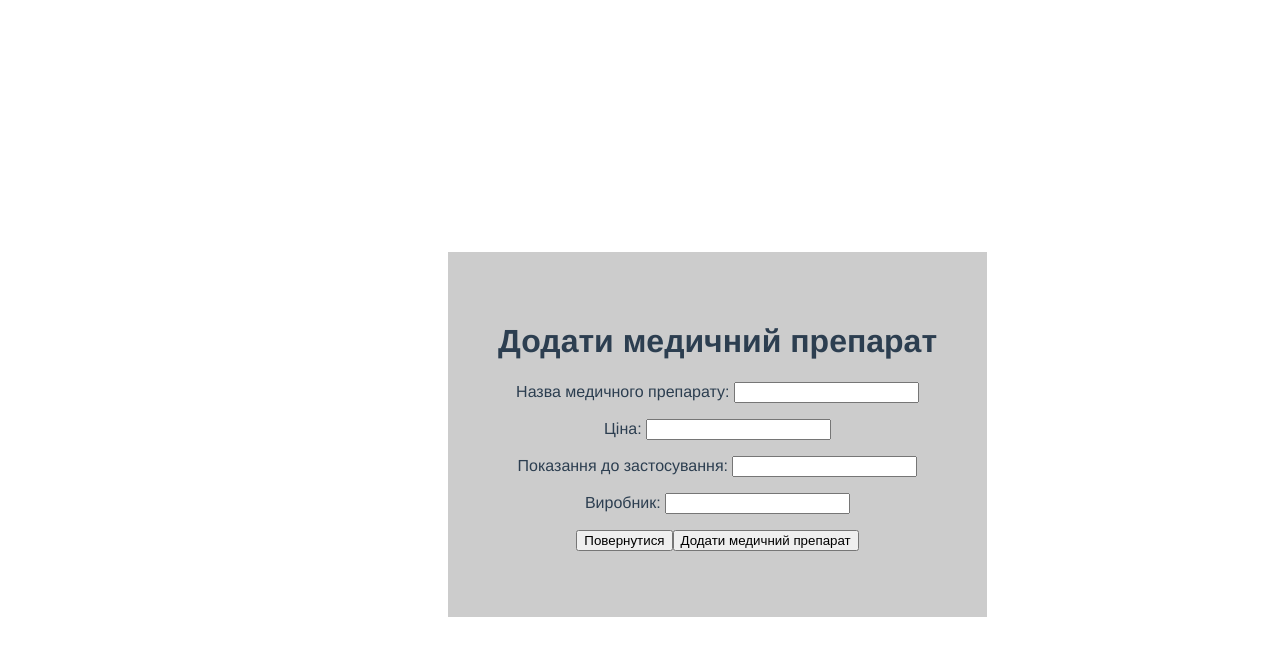
Repository: kristinap8/pharmacy
Page: /add_medicine
An editor plug-in stored every save of this project. The page is shown before and after the next save, followed by the edit.
The browser window is 1280 px wide. The pictures show the whole page.
The project was rebuilt for these pictures with package versions that can differ from the ones it lists, and the page was loaded fresh each time. Also part of the build but not shown: src/components/EditMedicineForm/index.vue, src/pages/EditMedicine/index.vue, src/components/MedicinesList/MedicineCard/index.vue, src/components/MedicinesList/index.vue, src/pages/AllMedicines/index.vue, src/components/CartForm/index.vue, src/pages/Cart/index.vue.

Above is the page before, as saved 2020-12-09 23:42:47.

### src/main.js
import Vue from 'vue'
import App from './App.vue'
import router from "./router"
import store from "./store"

Vue.config.productionTip = false

new Vue({
  store,
  router,
  render: h => h(App),
}).$mount('#app')

### src/App.vue
<template>
  <div id="app">
    <router-view/>
  </div>
</template>

<script>
export default {
  name: "App",
  components: {},
};
</script>

<style>
#app {
  font-family: Avenir, Helvetica, Arial, sans-serif;
  -webkit-font-smoothing: antialiased;
  -moz-osx-font-smoothing: grayscale;
  color: #2c3e50;
}
</style>

### src/router.js
import Vue from "vue";
import VueRouter from "vue-router";
import AddMedicine from "@/pages/AddMedicine";
import EditMedicine from "@/pages/EditMedicine";
import AllMedicines from "@/pages/AllMedicines";
import Cart from "@/pages/Cart";

Vue.use(VueRouter);

const routes=[
    {
        path:'/',
        name:'all-medicines',
        component:AllMedicines
    },
    {
        path:'/edit_medicine/:medicine_id',
        name:'edit-medicine',
        component:EditMedicine
    },
    {
        path:'/add_medicine',
        name:'add-medicine',
        component:AddMedicine
    },
    {
        path:'/cart',
        name:'cart',
        component:Cart
    },

]

const router=new VueRouter({
    mode:"history",
    routes
});

export default router;

### src/store/index.js
import Vue from "vue";
import Vuex from "vuex";
import { v4 as uuid_v4 } from 'uuid'

Vue.use(Vuex)
const store=new Vuex.Store({
    state:{
      medicinesList:[
          {
              id:1,
              name:'Но-шпа',
              price:60.48,
              requirements:"Спазми гладкої мускулатури, пов'язані з захворюваннями біліарного тракту: холецистолітіаз, холангіолітіаз, холецистит, перихолецистит, холангіт, папіліт. Спазми гладкої мускулатури при захворюваннях сечового тракту: нефролітіаз, уретролітіаз, пієліт, цистит, тенезми сечового міхура.",
              maker:"Chinoin (Угорщина)"

          },
          {
            id:2,
            name:"Діазолін",
            price:19.19,
            requirements:"Профілактика і лікування сезонного та алергічного риніту, полінозу, кропив'янки, харчової та медикаментозної алергії, дерматозів, що супроводжуються свербежем шкіри (екзема, нейродерміт).",
            maker:"Фармак ОАО (Україна, Київ)"

        },
        {
            id:3,
            name:"Амоксил",
            price:81.77,
            requirements:"Інфекції органів дихання, сечостатевої системи, травного тракту (у тому числі у комбінації з метронідазолом або кларитроміцином застосовують для лікування захворювань, асоційованих із Helicobacter pylori), шкіри та м’яких тканин, спричинені чутливими до лікарського засобу мікроорганізмами.",
            maker:"Киевмедпрепарат ОАО (Україна, Київ)"

        }
      ],
      cart:[],
      cartItemsCount:0
    },
    mutations:{
        addMedicine(state, data) {
            state.medicinesList.push({
             id: uuid_v4(),
             ...data,
           })
         },
         deleteMedicine(state,id){
             let medicines=state.medicinesList.filter(medicine=>medicine.id!=id)
             state.medicinesList=medicines;
         },
         editMedicine(state,medicine){
             state.medicinesList.forEach(m=>{
                 if(m.id==medicine.id){
                     m=medicine;
                 }
             } )
         },
         addToCart(state,medicine){
            let isMedicineExists=state.cart.find(m => m.id == medicine.id);

            if (isMedicineExists) {
                isMedicineExists.quantity ++;
                isMedicineExists.totalPrice = (isMedicineExists.quantity * isMedicineExists.price).toFixed(2);
            } else {
                state.cart.push(medicine);

                Vue.set(medicine, 'quantity', 1);
                Vue.set(medicine, 'totalPrice', medicine.price);
            }
             state.cartItemsCount++
         },
         deleteItemFromCart(state,medicine){
            let index = state.cart.indexOf(medicine);
            if (index > -1) {
                let item= state.cart[index];
                state.cartItemsCount -= item.quantity;
                state.cart.splice(index, 1);
            }
         }
    },
    actions:{
        addMedicine({ commit }, medicine) {
            commit('addMedicine', medicine)
         },
          deleteMedicine({commit},id){
              commit('deleteMedicine',id)
          },
          editMedicine({commit},medicine){
              commit('editMedicine',medicine)
          },
          addToCart({commit},medicine){
              commit('addToCart',medicine)
          },
          deleteItemFromCart({commit},medicine){
              commit("deleteItemFromCart",medicine)
          }

    },
    getters:{
        getMedicines:(state)=> state.medicinesList,
        getMedicineById:(state)=>(id)=>{return state.medicinesList.find(m=>m.id===id)},
        getMedicinesInCart:(state)=>state.cart,
     },
    modules:{

    }
})

export default store

### src/pages/AddMedicine/index.vue
<template>
    <div>
       <add-medicine-form/>
    </div>
</template>

<script>
import AddMedicineForm from "../../components/AddMedicineForm"
    export default {
        name:"AddMedicine",
        components: {
            AddMedicineForm,
        },
    }
</script>

<style lang="scss" scoped>

</style>

### src/components/AddMedicineForm/index.vue
<template>
    <div class="form">
        <h1>Додати медичний препарат</h1>
      <p class="form-row">
    <label>
        Назва медичного препарату:
        <input type="text" v-model="name"/>
    </label>
    </p>
    <p class="form-row">
    <label>
        Ціна:
        <input type="number" v-model="price"/>
    </label>
    </p>
    <p class="form-row">
    <label>
        Показання до застосування:
        <input type="text" v-model="requirements"/>
    </label>
    </p>
    <p class="form-row">
    <label>
        Виробник:
        <input type="text" v-model="maker"/>
    </label>
    </p>
    <p>
    <router-link to="/" tag="button" >Повернутися</router-link>
    <button @click="onAddMedicine" >
        Додати медичний препарат
    </button>
    </p>
    </div>
</template>

<script>
import { mapActions } from 'vuex'

    export default {
        name:"AddMedicineForm",
        data() {
            return {
            name: null,
            price: null,
            requirements: null,
            maker: null,
            }
        },
        methods: {
            ...mapActions(['addMedicine']),
            onAddMedicine() {
                const{name,price,requirements,maker}=this
                this.addMedicine({
                    name,
                    price,
                    requirements,
                    maker
                })
                this.$router.push('/')
            }
        },
    }
</script>

<style lang="scss" scoped>
.form{
    text-align: center;
    padding: 50px;
    background: #ccc;
    position: fixed;
    top: 35%; left: 35%;

}


</style>

Loaded but not shown: public/index.html (common file)

After the next save:
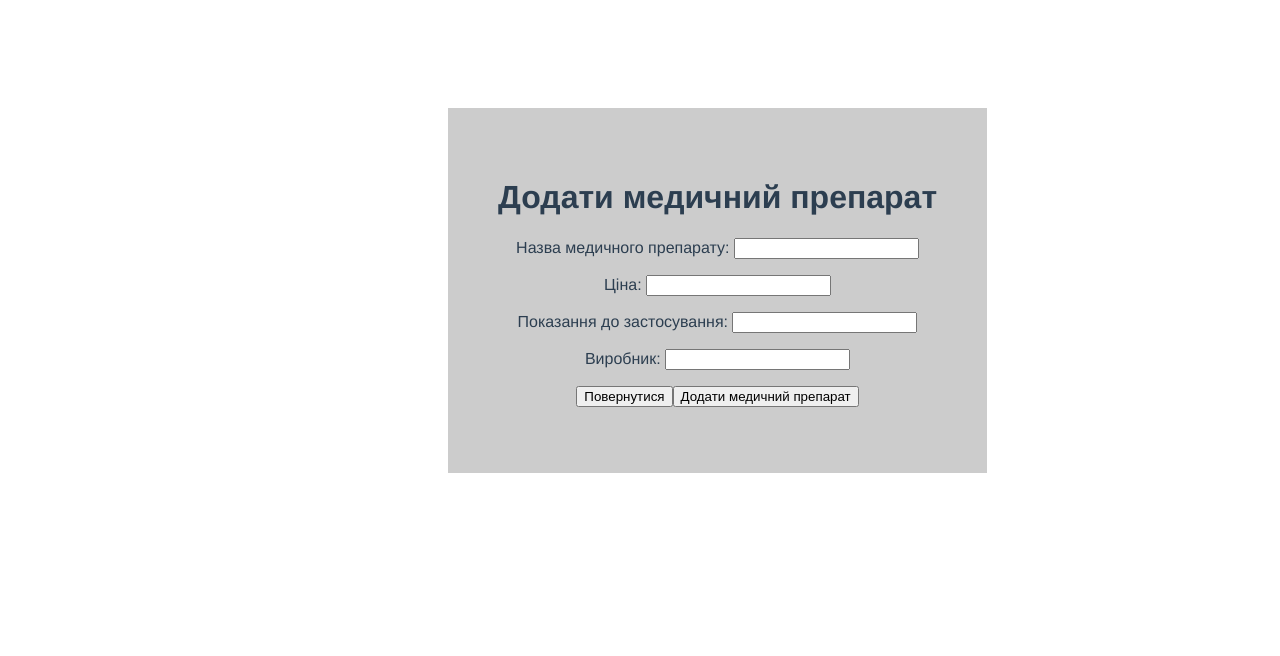
Saved 9 s later.
--- a/src/components/AddMedicineForm/index.vue
+++ b/src/components/AddMedicineForm/index.vue
@@ -69,7 +69,7 @@ import { mapActions } from 'vuex'
     padding: 50px;
     background: #ccc;
     position: fixed;
-    top: 35%; left: 35%;
+    top: 15%; left: 35%;
 
 }
 
